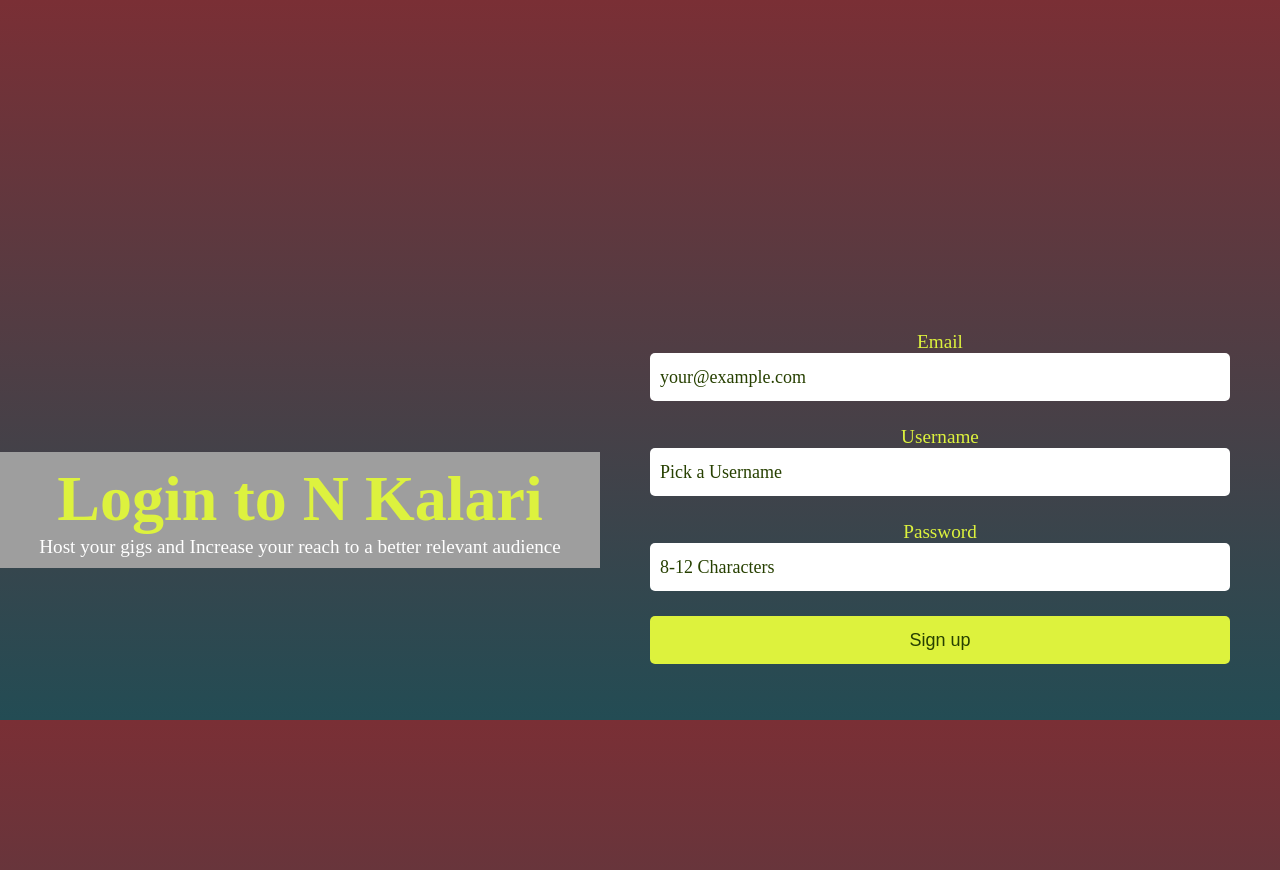
Repository: pesto-students/nkalari-fe-n12-eta2
Page: /
These files come from the project's save history. The page is drawn as it stood at one moment and after the next save; the edit follows.
The browser window is 1280 px wide. The pictures show the whole page.
Pictures or frames that could not be fetched are drawn as grey boxes. The project was rebuilt for these pictures with package versions that can differ from the ones it lists, and the page was loaded fresh each time. Also part of the build but not shown: src/App.css, src/components/wallet/index.css, src/services/user.service.js, src/actions/user.action.js, src/components/wallet/Wallet.js, src/helpers/firebase.js, src/components/Login/index.css, src/components/Login/Login.js and 3 more.

Above is the page before, as saved 2022-01-09 16:35:07.

### src/index.js
import React from "react";
import ReactDOM from "react-dom";
import "./index.css";
import App from "./App";
import reportWebVitals from "./reportWebVitals";
import { Provider } from "react-redux";
import { store } from "./helpers/store";

ReactDOM.render(
  <React.StrictMode>
    <Provider store={store}>
      <App />
    </Provider>
  </React.StrictMode>,
  document.getElementById("root")
);

// If you want to start measuring performance in your app, pass a function
// to log results (for example: reportWebVitals(console.log))
// or send to an analytics endpoint. Learn more: https://bit.ly/CRA-vitals
reportWebVitals();

### src/index.css
body,
html,
.App,
#root,
.main {
  width: 100%;
  height:100%;
  scroll-behavior: smooth;

}
body{
    margin: 0;
    padding: 0;
    text-align: center;
    background-image: linear-gradient(#7A2F35, #234C54);
  }

### src/App.js
import logo from "./logo.svg";
import "./App.css";
import React, { Component } from "react";
import Login from "./components/Login/Login";
import { Wallet } from "./components/wallet/Wallet";
import { history } from "./helpers/history";
import { Router, Route, Switch, BrowserRouter } from "react-router-dom";
import { Signup } from "./components/signup/Signup";
import OtpScreen from "./components/OtpScreen/OtpScreen";
import Main from "./components/NewLogin/NewLogin";

class App extends Component {
  constructor(props) {
    super(props);
  }

  render() {
    return (
      <BrowserRouter>
        <Switch>
          <Route exact path="/" component={Main} />
          <Route exact path="/signup" component={Signup} />
          <Route exact path="/wallet" component={Wallet} />
          <Route exact path="/otp-verify" component={OtpScreen} />
        </Switch>
      </BrowserRouter>
    );
  }
}

export default App;

### src/helpers/store.js
import { createStore, applyMiddleware, compose } from "redux";
import thunkMiddleware from "redux-thunk";
import { createLogger } from "redux-logger";
import rootReducer from "./../reducers/rootReducer";


const composeEnhancers = window.__REDUX_DEVTOOLS_EXTENSION_COMPOSE__ || compose;

const loggerMiddleware = createLogger();

export const store = createStore(
  rootReducer,
  composeEnhancers(applyMiddleware(thunkMiddleware, loggerMiddleware))
);

### src/components/NewLogin/NewLogin.js
import React, { Component } from "react"
import styles from './index.css';

const useState = React.useState

function Main(props) {
  const [loggedIn, setLoggedIn] = useState(false)

  return(
    <>
      {loggedIn ?  <AccountCreatedScreen setLoggedIn={setLoggedIn}/> : <CreateUserScreen setLoggedIn={setLoggedIn}/>}
    </>
  )
}

//Create Account
function CreateUserScreen(props) {

  const [email, setEmail] = useState()
  const [username, setUsername] = useState()
  const [password, setPassword] = useState()

  //error messages
  const [emailError, setEmailError] = useState("")
  const [usernameError, setUsernameError] = useState("")
  const [passwordError, setPasswordError] = useState("")

  // Validate email function
  function emailIsValid(email) {
    if (email == undefined  || email == '') {
      setEmailError("Must enter an email")
    } else if ( !/^[^\s@]+@[^\s@]+\.[^\s@]+$/.test(email)) {
      setEmailError("Must enter a valid email")
    } else {
      setEmailError('')
      return true
    }
  }

  // Validate username function
  function usernameIsValid(username) {
    if (username == undefined || username == '') {
      setUsernameError("Must enter a username")
    } else {
      setUsernameError('')
      return true
    }
  }

  // Validate password function
  function passwordIsValid (password) {
    if (password == undefined || password == '') {
      setPasswordError("Must enter a password")
    } else if (password.length < 8 || password.length > 12) {
      setPasswordError("Password must be 8 - 12 characters")
    } else {
      setPasswordError('')
      return true
    }
  }

  // Validate all data and submit form
  function handleSubmit(e) {
    e.preventDefault()
    var emailValid ;
    var usernameValid;
    var passwordValid;
    //test email
    emailValid = emailIsValid(email)
    console.log(emailValid)
    //test username
    usernameValid = usernameIsValid(username)
    console.log(usernameValid)
    //test password
    passwordValid = passwordIsValid(password)
    console.log(passwordValid)
    //set log in to true
    if(emailValid === true && usernameValid === true && passwordValid === true) {
      props.setLoggedIn(true)
    }
  }

  return(
    <div className="container">
      <div className="text-box column">
        <h1>Login to N Kalari</h1>
        <p>Host your gigs and Increase your reach to a better relevant audience</p>
        </div>
      <div className="login-box column">

        <form onSubmit={handleSubmit}>
          <div className="form-group">
            <label htmlFor="email-register">
              <small>Email</small>
              <input onChange={e => setEmail(e.target.value)} name="email" placeholder="your@example.com" />
              <small class="error">{emailError}</small>
            </label>
          </div>
          <div className="form-group">
            <small>Username</small>
            <input onChange={e => setUsername(e.target.value)} name="username" placeholder="Pick a Username" type="text"/>
            <small class="error">{usernameError}</small>
          </div>
          <div className="form-group">
            <small>Password</small>
            <input onChange={e => setPassword(e.target.value)} name="password" placeholder="8-12 Characters" type="password"/>
            <small class="error">{passwordError}</small>
          </div>
          <div className="form-group">
            <button type="submit">Sign up</button>
          </div>
        </form>

      </div>
    </div>
  )
}

//Account Created Screen
function AccountCreatedScreen(props) {

  function logOut(e) {
    props.setLoggedIn(false)
  }

  return(
    <div className="container">
      <div className="text-box column">
        <h1>WELCOME TO THE JUNGLE</h1>
        <p>Thanks for signing up!</p>
        </div>
      <div className="login-box column">
        <iframe src="https://giphy.com/embed/YAfCAzDS0WmwU" width="100%" height="360" frameBorder="0" class="giphy-embed" allowFullScreen></iframe>
          <div className="form-group">
            <button onClick={logOut} type="submit">Back to Main Screen</button>
          </div>
        </div>
      </div>
  )
}


export default Main;

### src/reducers/rootReducer.jsx
import { combineReducers } from "redux";
import { getTransactions } from "./transactions.reducer";


const rootReducer = combineReducers({
    getTransactions:getTransactions
});

export default rootReducer;

### src/components/NewLogin/index.css
*{
    padding: 0;
    margin: 0;

  }


  html {
    background-size: cover;

  }

  h1 {
    font-family: 'Permanent Marker';
    font-size: 64px;
  }

  p, small, input {
    font-family: 'Roboto slab';
    font-style: bold;
    font-size: 1.2em;
  }

  .container {
    margin: 150px auto;
    max-width: 100%;
    height: 100%;
    display: flex;
    flex-direction: row;
    align-items: center;

  }

  .column {
    margin: 10px auto;
    padding: 10px;
    flex: 1 1 0px;
  }


  .column:first-of-type {
    background-image: url("https://images.unsplash.com/photo-1575285113814-f770cb8c796e?cs=srgb&fm=jpg&ixid=Mnw3MjAxN3wwfDF8c2VhcmNofDc3fHxnaWd8ZW58MHx8fHwxNjQxNzI0NzU2&ixlib=rb-1.2.1&q=85&q=85&fmt=jpg&crop=entropy&cs=tinysrgb&w=650");
    background-repeat: initial;
  }

  @media only screen and (max-width: 420px) {
    container {
      margin: 0 auto;
    }

    .text-box h1 {
      font-size: 32px;
    }

    .column {
      width: 100%;
      flex-direction: column;

    }
  }

  /* text box */
  .text-box h1 {
    color: #ddf23e;
  }

  .text-box p {
    color: #fff;
  }

  .learn-more {
    margin: 20px 0;
  }

  .play-icon {
    position: relative;
    display: inline-block;
    background-color: #F26363;
    width: 40px;
    height: 40px;
    padding: 10px 10px;
    border-radius: 100%;
    margin: 0 20px 0 0;
    cursor: pointer;
  }

  .play-icon p {
    position: absolute;
    top: 14px;
    left: 20px;
    font-size: 28px;
  }

  .play-icon:hover {
    filter: brightness(75%);
  }

  .text {
    position: relative;
    /*display: inline-block;*/
    bottom: 45px;
    left: 70px;
  }


  /* login box */
  .login-box {
    flex-grow: 1;
    padding: 25px 50px 50px 50px;

  }

  .form-group:nth-of-type(1) ~ .form-group {
    margin-top: 25px;
  }

  .form-group small {
    color: #DDF23D;
  }

  input, button {
    font-size: 18px;
    border: solid 1px;
    border-radius: 5px;
    display: block;
    line-height: 48px;
  }

  input {
    border: none;
    color: #274001;
    background-color: #fff;
    width: calc(100% - 10px);
    padding-left: 10px;
  }

  input::placeholder {
    color: #274001;
  }

  .error {
    float: left;
    color: red;
  }

  button {
    border: none;
    color: #274001;
    background-color: #DDF23D;
    width: 100%;
  }

  button:nth-of-type(2) {
    margin: 25px 0 0 0;
  }

  button:hover {
    cursor: pointer;
    filter: brightness(75%);
  }

### src/reducers/transactions.reducer.js
import { userConstants } from '../constants/user.constants';

export function getTransactions(state = {}, action) {
    switch (action.type) {
        case userConstants.GETALL_REQUEST:
          return {
          };
        case userConstants.GETALL_SUCCESS:
          return{
              transactions : action.transactions

          };
        case userConstants.GETALL_FAILURE:
          return {
          };
        default:
          return state
      }
}

### src/constants/user.constants.js
export const userConstants = {
    REGISTER_REQUEST: 'USERS_REGISTER_REQUEST',
    REGISTER_SUCCESS: 'USERS_REGISTER_SUCCESS',
    REGISTER_FAILURE: 'USERS_REGISTER_FAILURE',

    LOGIN_REQUEST: 'USERS_LOGIN_REQUEST',
    LOGIN_SUCCESS: 'USERS_LOGIN_SUCCESS',
    LOGIN_FAILURE: 'USERS_LOGIN_FAILURE',

    LOGOUT: 'USERS_LOGOUT',

    GETALL_REQUEST: 'USERS_GETALL_REQUEST',
    GETALL_SUCCESS: 'USERS_GETALL_SUCCESS',
    GETALL_FAILURE: 'USERS_GETALL_FAILURE',
};

Loaded but not shown: public/index.html (common file); src/reportWebVitals.js (common file); src/helpers/history.js (common file)

After the next save:
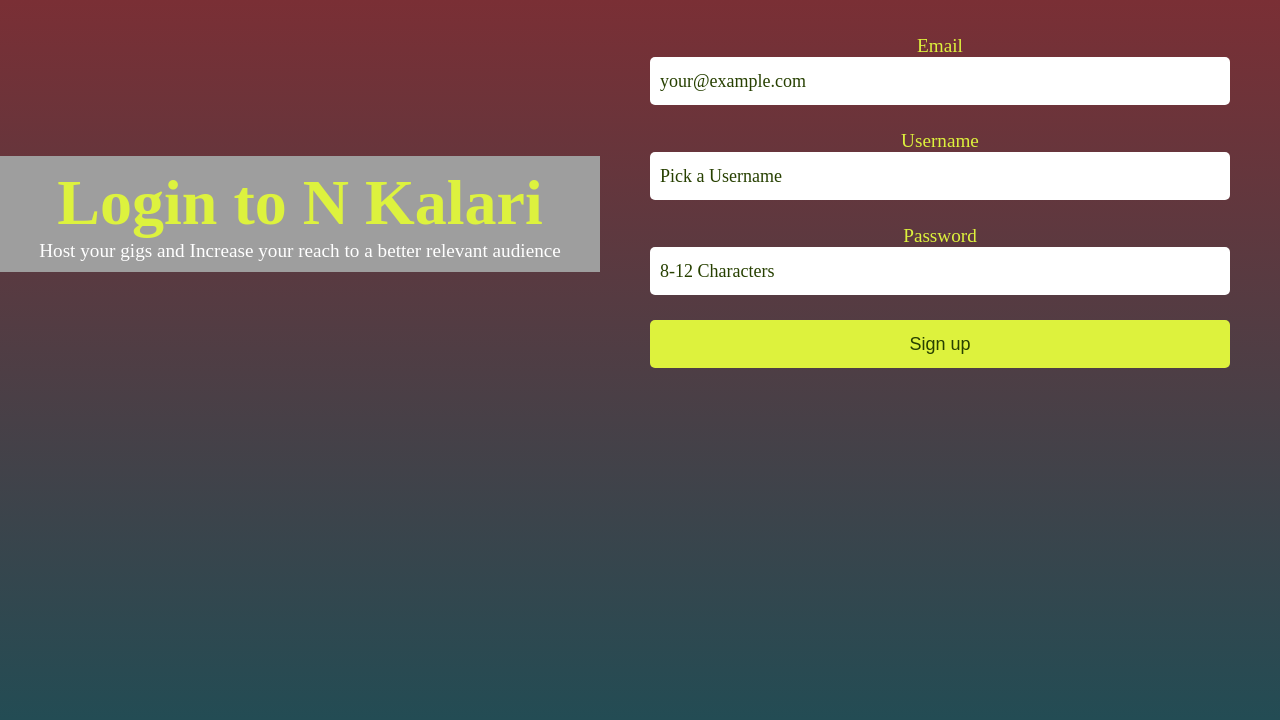
Saved 13 s later.
--- a/src/components/NewLogin/index.css
+++ b/src/components/NewLogin/index.css
@@ -22,9 +22,8 @@
   }
 
   .container {
-    margin: 150px auto;
+    /* margin: 150px auto; */
     max-width: 100%;
-    height: 100%;
     display: flex;
     flex-direction: row;
     align-items: center;
